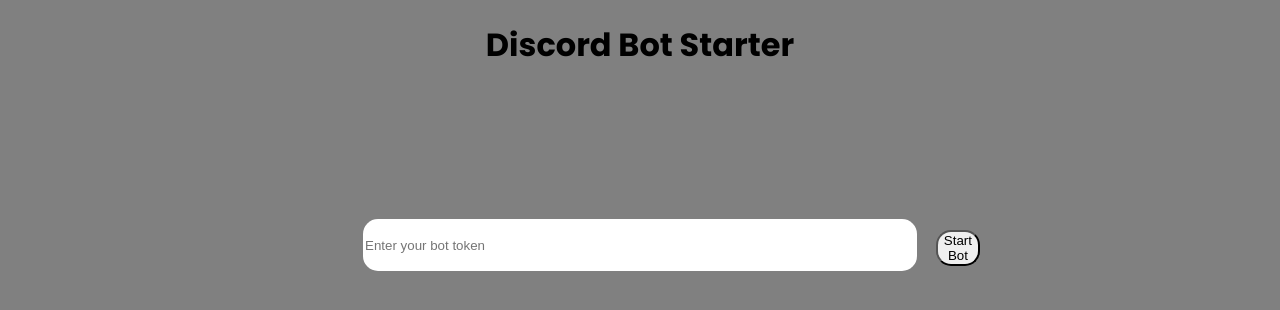
Repository: ranger2202/discord-bot-panel
Page: ranger-bot-runner/app/templates/landing.html
An editor plug-in stored every save of this project. The page is shown before and after the next save, followed by the edit.
The browser window is 1280 px wide. The pictures show the whole page.

Above is the page before, as saved 2023-12-30 12:05:01.

After the next save:
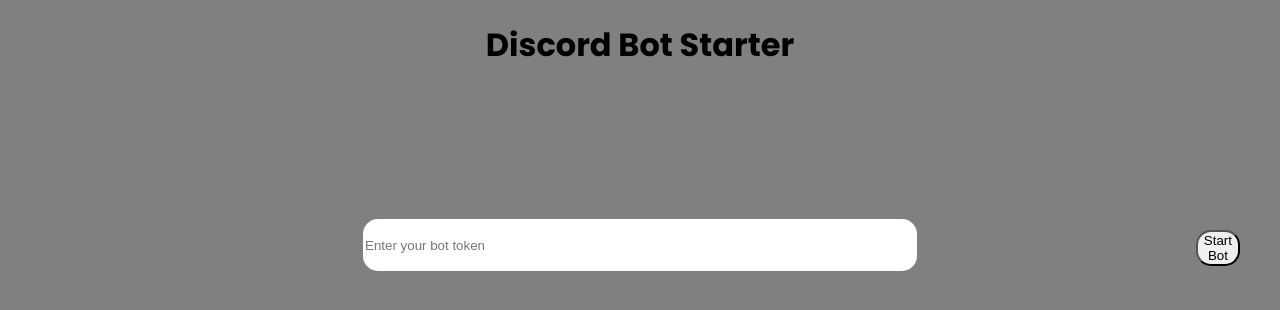
Saved 7 s later.
--- a/ranger-bot-runner/app/static/landing.css
+++ b/ranger-bot-runner/app/static/landing.css
@@ -9,7 +9,7 @@
     display: flex;
     justify-content: center;
     position: absolute;
-    right: 150px;
+    right: 20px;
     top: 115px;
 }
 .start-button button{
